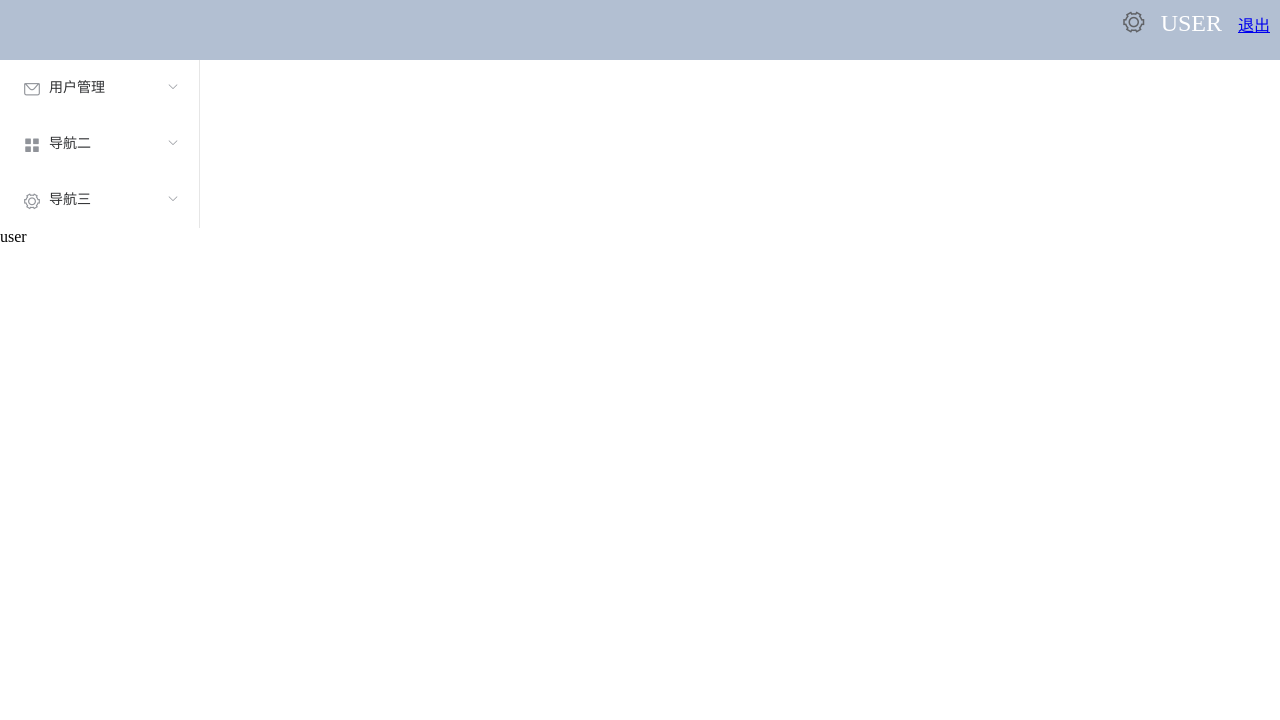
Repository: euphor1azzy/testlist
Page: /#/users (app in list/)
The author's editor kept a copy of each file at every save. The page is drawn from the files as they stood at one save, then again after the next save.
The browser window is 1280 px wide. The pictures show the whole page.
The project was rebuilt for these pictures with package versions that can differ from the ones it lists, and the page was loaded fresh each time. Also part of the build but not shown: list/src/views/login/login.vue.

Above is the page before, as saved 2020-08-25 16:00:07.

After the next save:
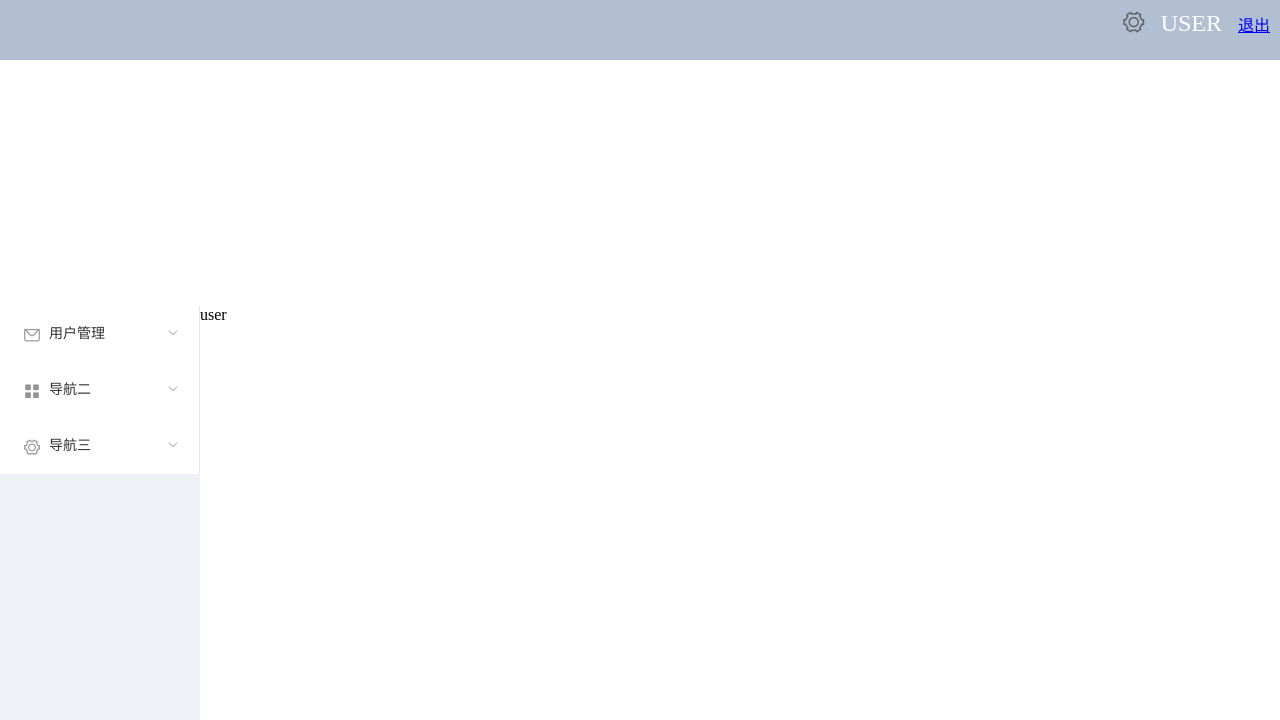
Saved 26 s later.
--- a/list/src/views/home.vue
+++ b/list/src/views/home.vue
@@ -1,6 +1,6 @@
 <template>
 
-  <div>
+  <div class="con">
     <!-- 头部 -->
     <v-appnav></v-appnav>
      <!-- 侧边栏 -->

After the save that followed:
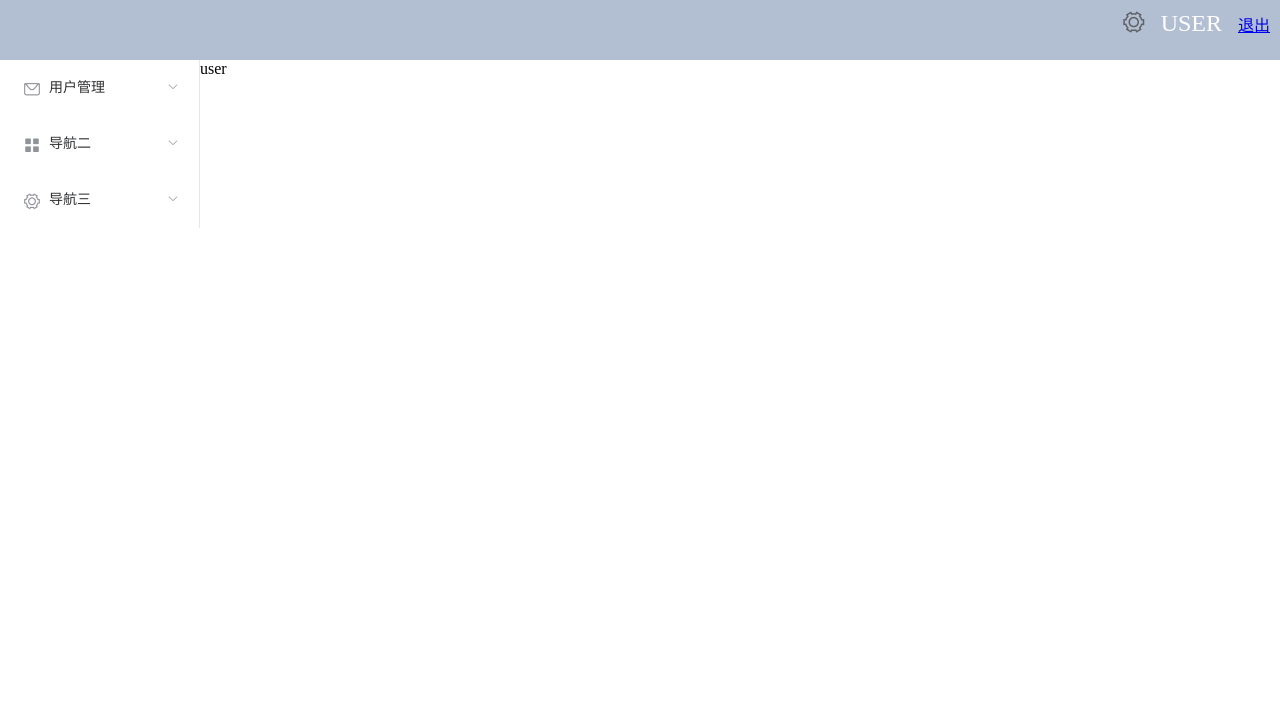
Saved 42 s later.
--- a/list/src/views/home.vue
+++ b/list/src/views/home.vue
@@ -36,7 +36,7 @@ export default {
 
 <style>
 .con {
-  height: 100%;
+  /* height: 100%; */
   display: flex;
   flex: auto;
   flex-flow: row wrap;
